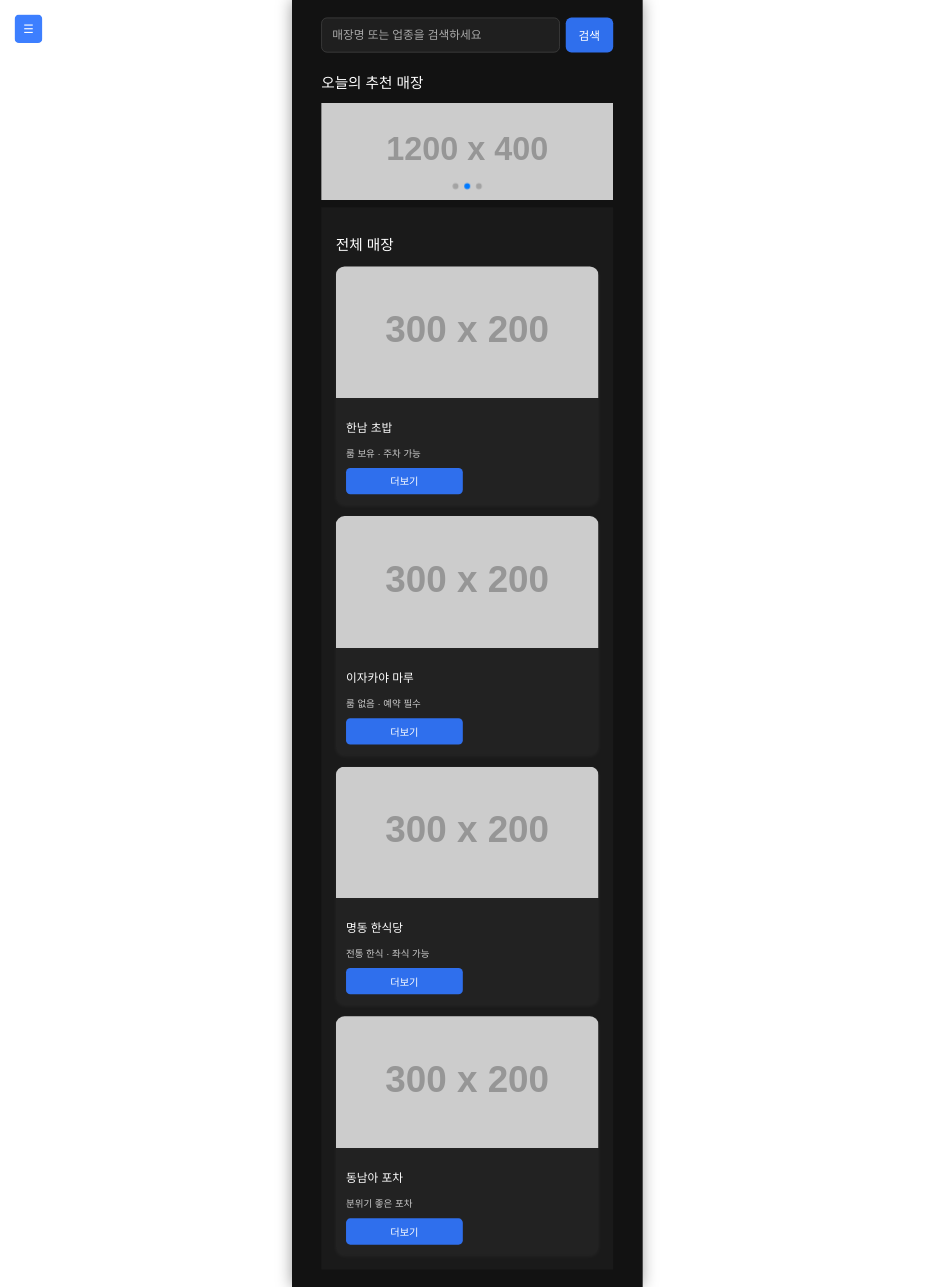
Repository: noiredex/Choplan-API
Page: / (app in choplan/frontend_main/)
The author's editor kept a copy of each file at every save. The page is drawn from the files as they stood at one save, then again after the next save.
The browser window is 1280 px wide. The pictures show the whole page, at 73% of full size.
The project was rebuilt for these pictures with package versions that can differ from the ones it lists, and the page was loaded fresh each time. Also part of the build but not shown: choplan/frontend_main/vite.config.js, choplan/frontend_main/vite.config.ts, choplan/frontend_main/src/styles/StoreDetailPage.css, choplan/frontend_main/src/pages/StoreDetailPage.jsx.

Above is the page before, as saved 2025-10-29 10:30:23.

After the next save:
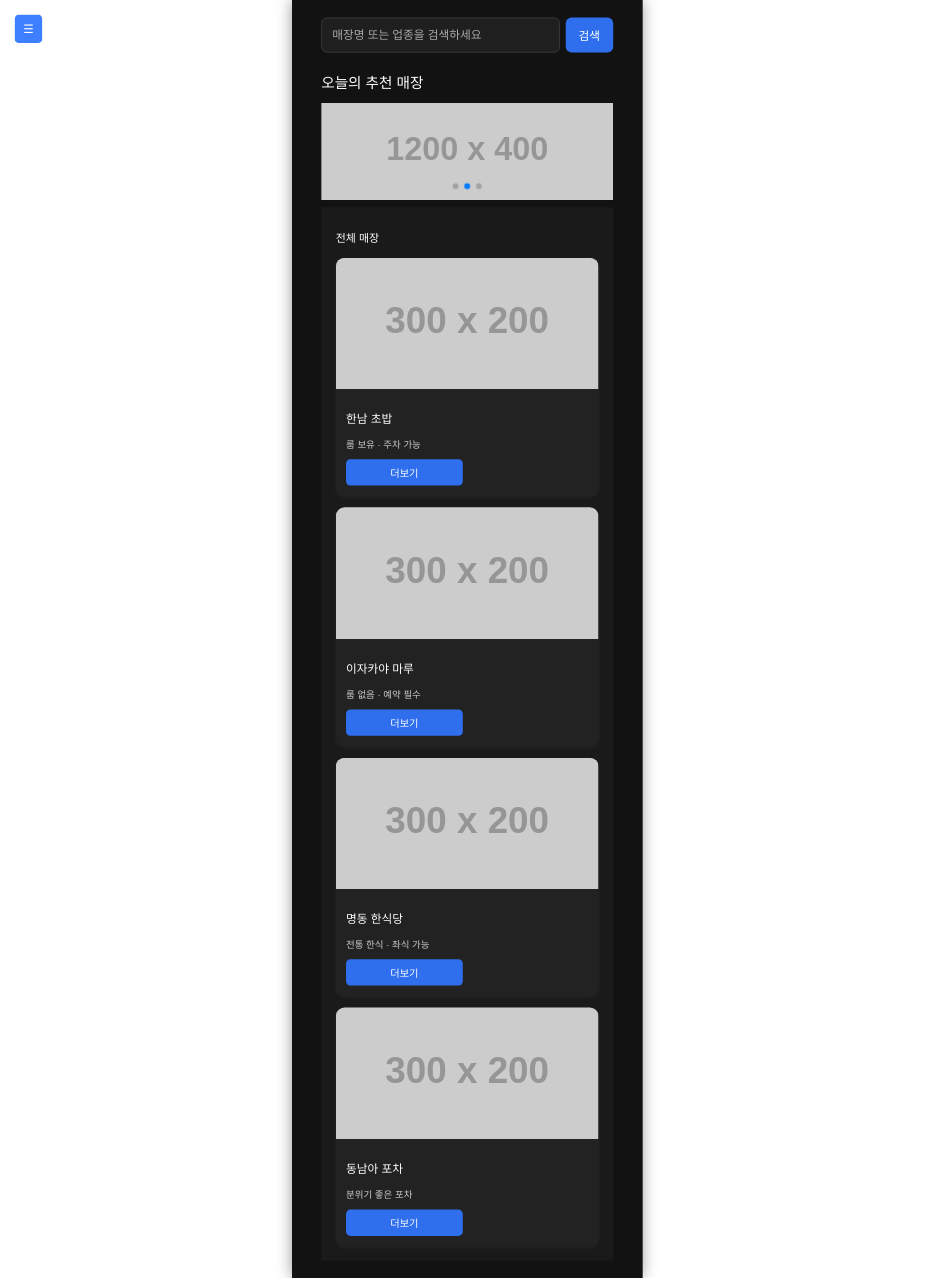
Saved 29 s later.
--- a/choplan/frontend_main/src/styles/RecommendedStores.css
+++ b/choplan/frontend_main/src/styles/RecommendedStores.css
@@ -6,7 +6,7 @@
 
 /* ===== 섹션 제목 ===== */
 .recommended-stores h2 {
-  font-size: 20px; /* ‘오늘의 추천 매장’과 동일한 크기 */
+  font-size: 15px; /* ‘오늘의 추천 매장’과 동일한 크기 */
   margin-bottom: 14px;
   font-weight: 600;
   color: #ffffff;
